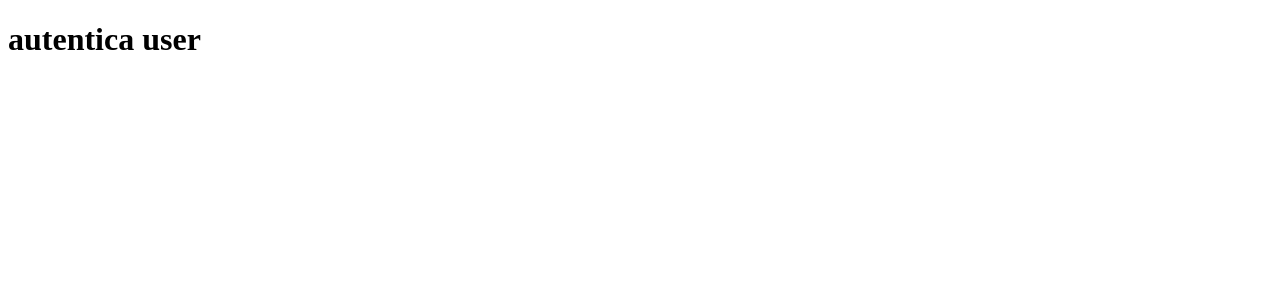
Repository: VictorGOrellana/RecursosJava
Page: http://localhost/curso.edu/acessoAoSistema.jsp
These files come from the project's save history. The page is drawn as it stood at one moment and after the next save; the edit follows.
The browser window is 1280 px wide. The pictures show the whole page.
The page is served by Tomcat 9. Other server files are loaded and not shown.

Above is the page before, as saved 2019-07-25 14:17:11.

### curso.edu/WebContent/autenticar.jsp
<%@ page language="java" contentType="text/html; charset=ISO-8859-1"
    pageEncoding="ISO-8859-1"%>
<!DOCTYPE html>
<html>
<head>
<meta charset="ISO-8859-1">
<title>Insert title here</title>
</head>
<body>
 <h1> autentica user </h1>

</body>
</html>

After the next save:
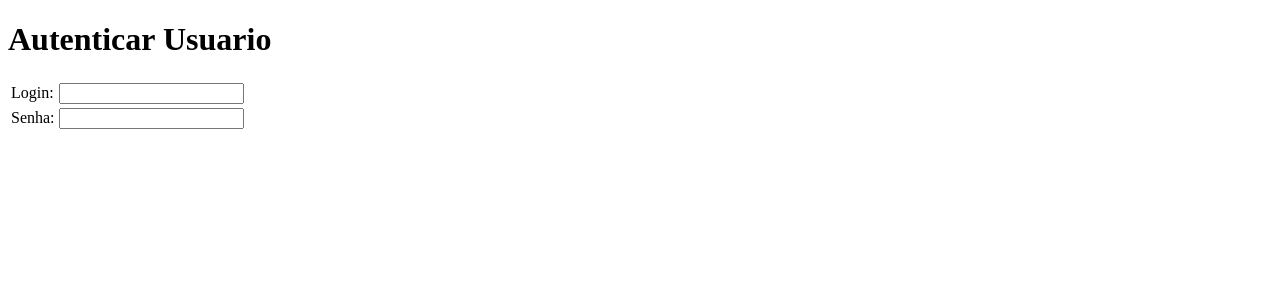
Saved 4 min 14 s later.
--- a/curso.edu/WebContent/autenticar.jsp
+++ b/curso.edu/WebContent/autenticar.jsp
@@ -7,7 +7,20 @@
 <title>Insert title here</title>
 </head>
 <body>
- <h1> autentica user </h1>
+ <h1> Autenticar Usuario </h1>
+
+ 	<form action="">
+ 		<table>
+ 			<tr>
+ 			<td>Login: </td>
+ 			<td> <input type="text" id="login" name="login"/> </td>
+ 			</tr>
+ 			<tr>
+ 			<td>Senha: </td>
+ 			<td> <input type="password" id="senha" name="senha"/> </td>
+ 			</tr>
+ 		</table>
+ 	</form>
 
 </body>
 </html>
